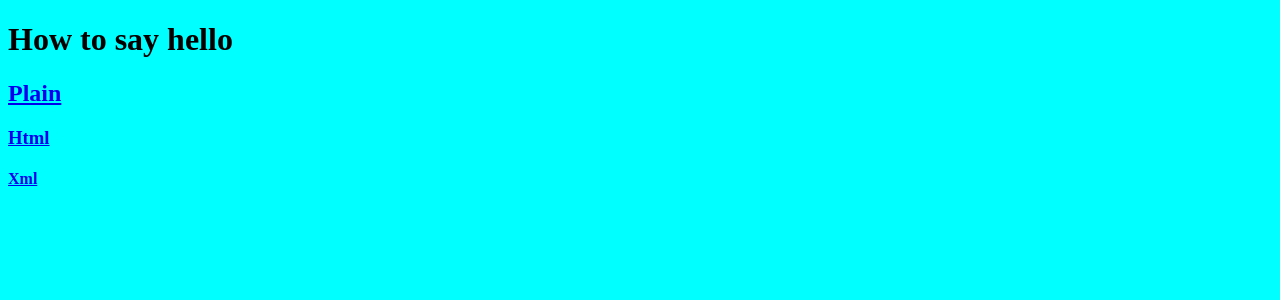
Repository: nishita-khandelwal/Zen-Training
Page: Restfulwebservices/TrivagoHotels/index.html
The author's editor kept a copy of each file at every save. The page is drawn from the files as they stood at one save, then again after the next save.
The browser window is 1280 px wide. The pictures show the whole page.

Above is the page before, as saved 2019-07-25 18:48:07.

After the next save:
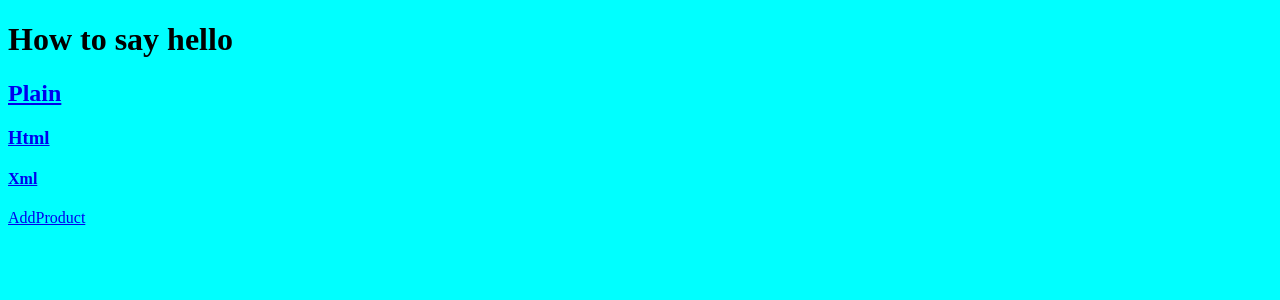
Saved 21 min 26 s later.
--- a/Restfulwebservices/TrivagoHotels/index.html
+++ b/Restfulwebservices/TrivagoHotels/index.html
@@ -15,5 +15,6 @@ body{
 <h2><a href="http://localhost:8010/HelloWebService/zenrest/zenhello">Plain</a></h2>
 <h3><a href="http://localhost:8010/HelloWebService/zenrest/zenhello/welcome">Html</a></h3>
 <h4><a href="http://localhost:8010/HelloWebService/zenrest/zenhello/welcomexml">Xml</a></h4>
+<p><a href="AddProduct.html">AddProduct</a></p>
 </body>
 </html>
